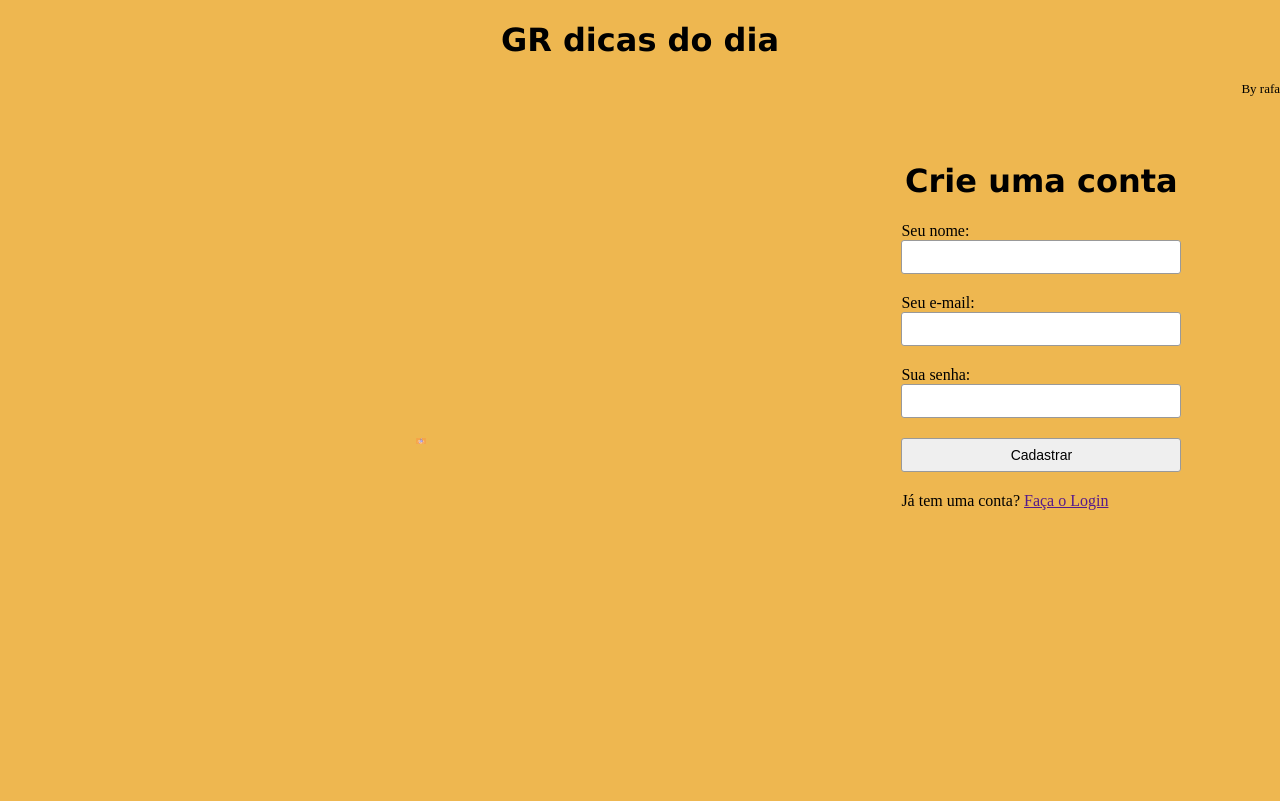
Repository: rafavirginio/tela-de-login
Page: index.html
These files come from the project's save history. The page is drawn as it stood at one moment and after the next save; the edit follows.
The browser window is 1280 px wide. The pictures show the whole page.

Above is the page before, as saved 2020-09-17 15:23:39.

After the next save:
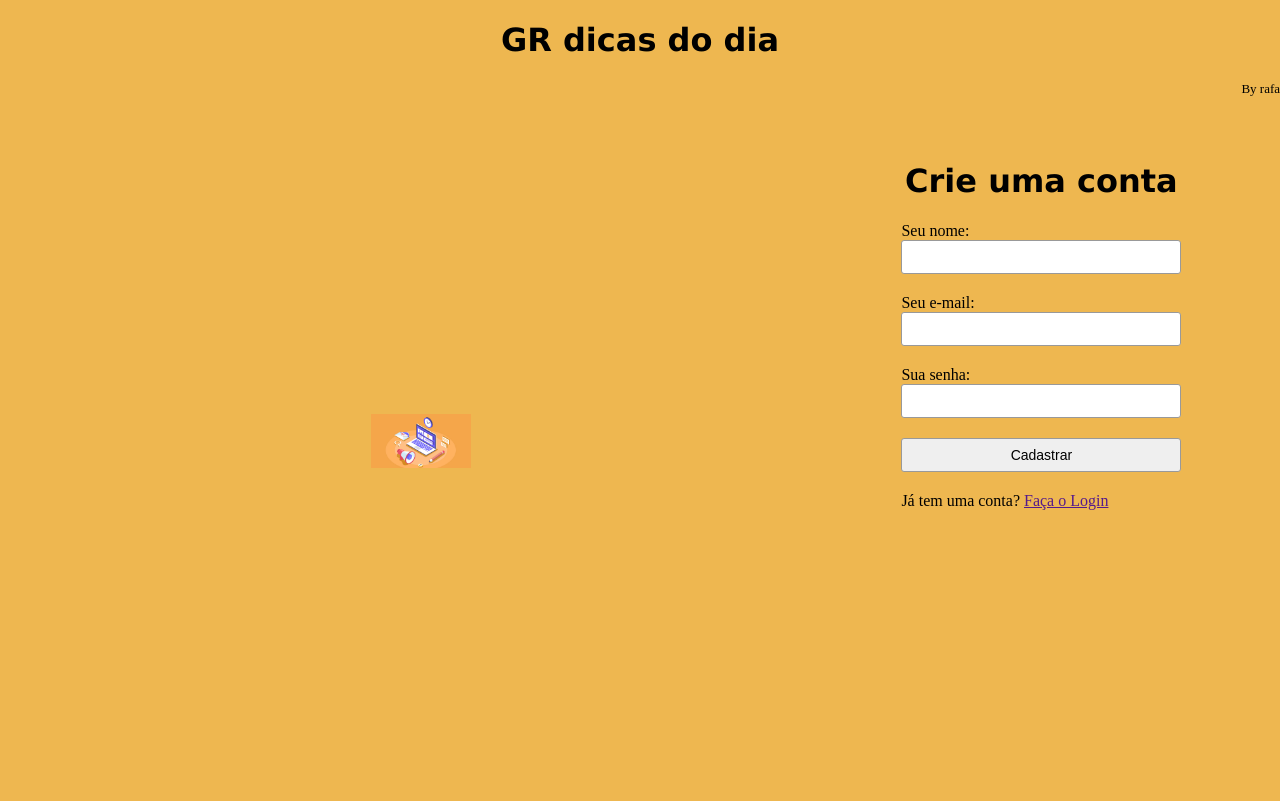
Saved 8 s later.
--- a/style.css
+++ b/style.css
@@ -27,7 +27,7 @@ body {
 }
 
 .leftside img {
-    max-width: 10px;
+    max-width: 100px;
     height: auto;
 }
 
